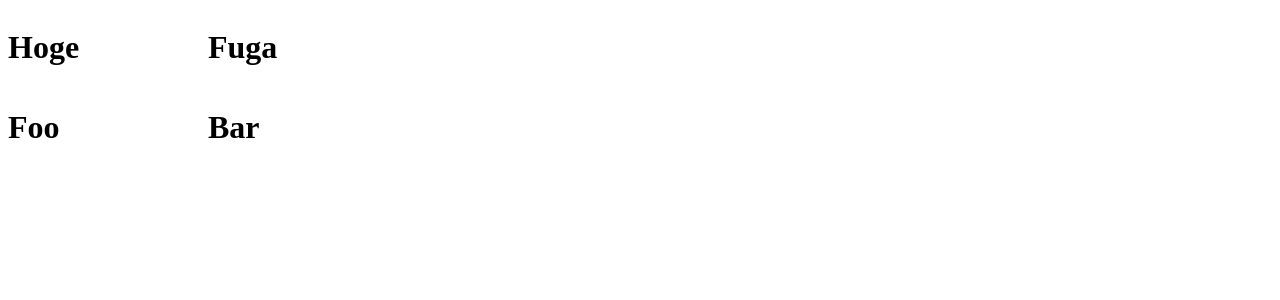
Repository: Yuuki-JP/samurai_HTML-CSS
Page: index.html
The author's editor kept a record of every edit. The page is drawn from the files as they stood at one moment, then again after the next edit.
The browser window is 1280 px wide. The pictures show the whole page.

Above is the page before.

### index.html
<!DOCTYPE HTML>
<html lang="ja">
    <head>
        <style>
            #grid {
                display: grid;
                grid-template-columns: 200px 10px;
            }
        </style>
    </head>
    <body>
        <div id="grid">
            <h1>Hoge</h1>
            <h1>Fuga</h1>
            <h1>Foo</h1>
            <h1>Bar</h1>
        </div>
    </body>
</html>

After the next edit:
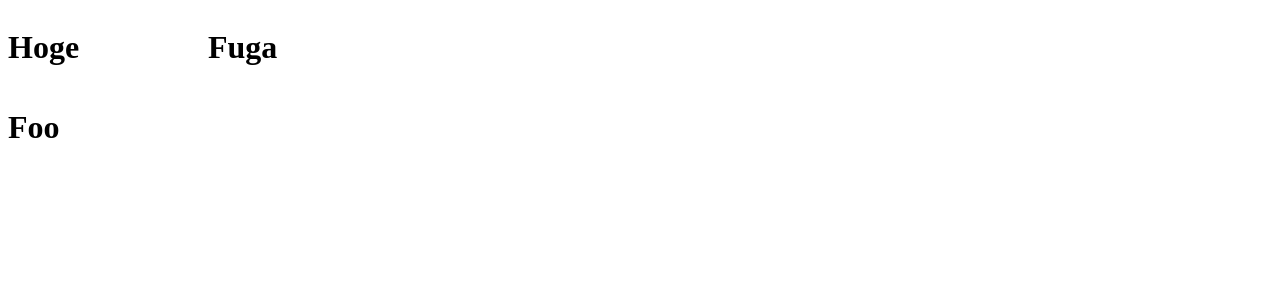
The edit:
--- a/index.html
+++ b/index.html
@@ -13,7 +13,7 @@
             <h1>Hoge</h1>
             <h1>Fuga</h1>
             <h1>Foo</h1>
-            <h1>Bar</h1>
+           <!-- <h1>Bar</h1> -->
         </div>
     </body>
 </html>
